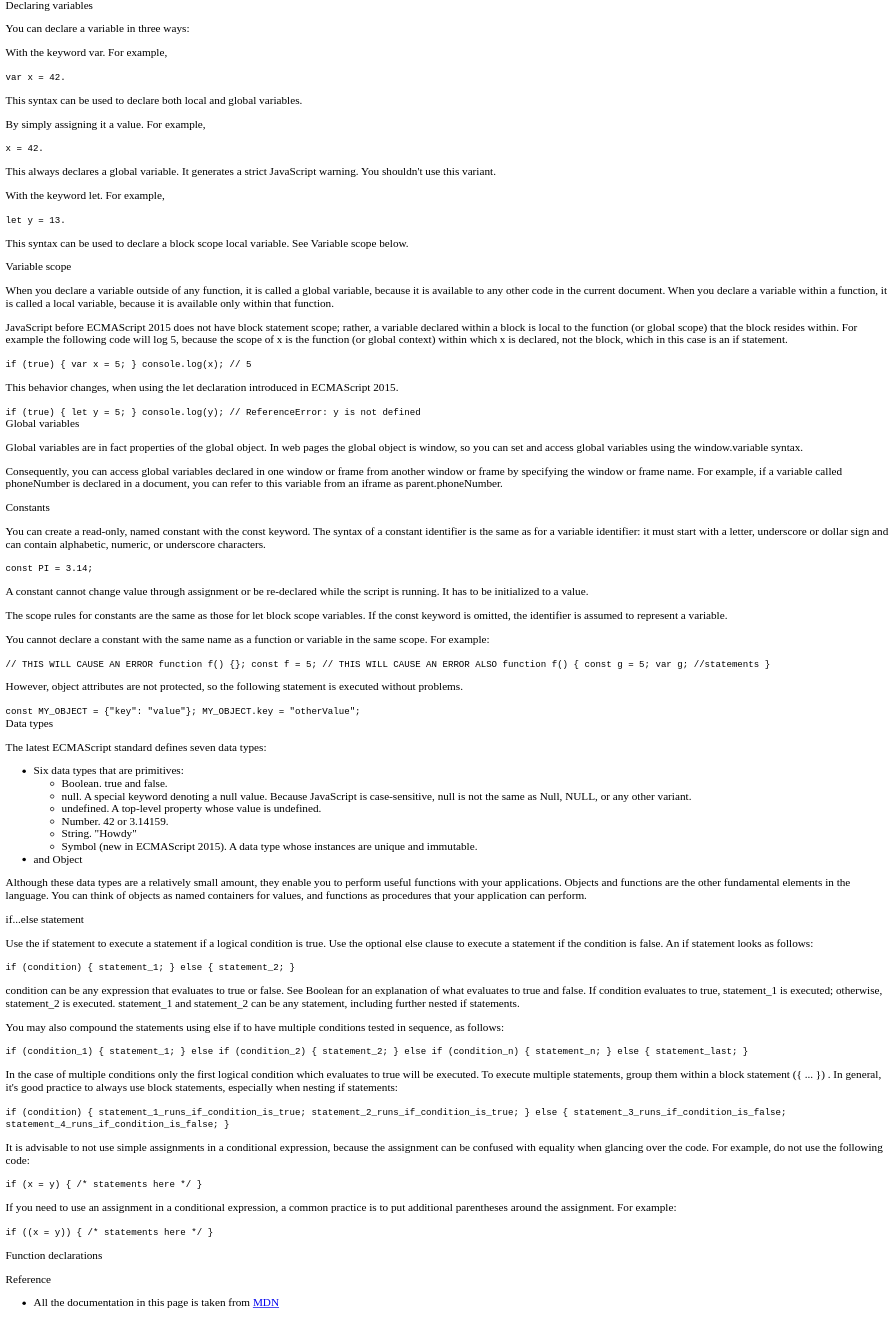
Repository: Lungdjos/technical_document_page_certificate
Page: index.html
The author's editor kept a copy of each file at every save. The page is drawn from the files as they stood at one save, then again after a run of saves.
The browser window is 1280 px wide. The pictures show the part of the page from y = 1166 to 3086 px (the page is 3052 px tall before and 3086 px after), at 70% of full size.

Above is the page before, as saved 2023-11-20 22:51:48.

### index.html
<!DOCTYPE html>
<html lang="en">

<head>
    <meta charset="UTF-8">
    <meta name="viewport" content="width=device-width, initial-scale=1.0">
    <title>Technical Document</title>
    <link rel="stylesheet" href="./styles.css">
</head>

<body>
    <nav id="nav-bar">
        <header></header>
        <ul>
            <li>
                <a href="#Introduction" class="navlink">Introduction</a>
            </li>
            <li>
                <a href="#What_you_should_already_know" class="navlink">What you should already know</a>
            </li>
            <li>
                <a href="#JavaScript_and_Java" class="navlink">JavaScript and Java</a>
            </li>
            <li>
                <a href="#Hello_world" class="navlink">Hello world</a>
            </li>
            <li>
                <a href="#Variables" class="navlink">Variables</a>
            </li>
            <li>
                <a href="#Declaring_variables" class="navlink">Declaring variables</a>
            </li>
            <li>
                <a href="#Variable_scope" class="navlink">Variable scope</a>
            </li>
            <li>
                <a href="#Global_variables" class="navlink">Global variables</a>
            </li>
            <li>
                <a href="#Constants" class="navlink">Constants</a>
            </li>
            <li>
                <a href="#Data_types" class="navlink">Data types</a>
            </li>
            <li>
                <a href="#if...else_statement" class="navlink">if...else statement</a>
            </li>
            <li>
                <a href="" class="navlink"></a>
            </li>
            <li>
                <a href="#Function_declarations" class="navlink">Function declarations</a>
            </li>
            <li>
                <a href="#Reference" class="navlink">Reference</a>
            </li>
        </ul>
    </nav>
    <main id="main-doc">
        <section class="main-section" id="Introduction">
            <header id="">Introduction</header>
            <p>JavaScript is a cross-platform, object-oriented scripting language. It is a small and lightweight language. Inside a host environment (for example, a web browser), JavaScript can be connected to the objects of its environment to provide programmatic
                control over them.</p>
            <p>JavaScript contains a standard library of objects, such as Array, Date, and Math, and a core set of language elements such as operators, control structures, and statements. Core JavaScript can be extended for a variety of purposes by supplementing
                it with additional objects; for example:
                <ul>
                    <li>Client-side JavaScript extends the core language by supplying objects to control a browser and its Document Object Model (DOM). For example, client-side extensions allow an application to place elements on an HTML form and respond
                        to user events such as mouse clicks, form input, and page navigation.</li>
                    <li>Server-side JavaScript extends the core language by supplying objects relevant to running JavaScript on a server. For example, server-side extensions allow an application to communicate with a database, provide continuity of information
                        from one invocation to another of the application, or perform file manipulations on a server.</li>
                </ul>
            </p>

        </section>
        <section class="main-section" id="What_you_should_already_know">
            <header id="">What you should already know</header>
            <p>This guide assumes you have the following basic background:
                <ul>
                    <li>A general understanding of the Internet and the World Wide Web (WWW).</li>
                    <li>Good working knowledge of HyperText Markup Language (HTML).</li>
                    <li>Some programming experience. If you are new to programming, try one of the tutorials linked on the main page about JavaScript.</li>
                </ul>
            </p>

        </section>
        <section class="main-section" id="JavaScript_and_Java">
            <header id="">JavaScript and Java</header>
            <p>JavaScript and Java are similar in some ways but fundamentally different in some others. The JavaScript language resembles Java but does not have Java's static typing and strong type checking. JavaScript follows most Java expression syntax,
                naming conventions and basic control-flow constructs which was the reason why it was renamed from LiveScript to JavaScript.</p>
            <p>In contrast to Java's compile-time system of classes built by declarations, JavaScript supports a runtime system based on a small number of data types representing numeric, Boolean, and string values. JavaScript has a prototype-based object
                model instead of the more common class-based object model. The prototype-based model provides dynamic inheritance; that is, what is inherited can vary for individual objects. JavaScript also supports functions without any special declarative
                requirements. Functions can be properties of objects, executing as loosely typed methods.</p>
            <p>JavaScript is a very free-form language compared to Java. You do not have to declare all variables, classes, and methods. You do not have to be concerned with whether methods are public, private, or protected, and you do not have to implement
                interfaces. Variables, parameters, and function return types are not explicitly typed.</p>
        </section>
        <section class="main-section" id="Hello_world">
            <header id="">Hello world</header>
            <p>
                To get started with writing JavaScript, open the Scratchpad and write your first "Hello world" JavaScript code:</p>
            <code>function greetMe(yourName) { alert("Hello " + yourName); }
                greetMe("World");</code>
            <p>Select the code in the pad and hit Ctrl+R to watch it unfold in your browser!</p>
        </section>
        <section class="main-section" id="Variables">
            <header id="">Variables</header>
            <p>You use variables as symbolic names for values in your application. The names of variables, called identifiers, conform to certain rules.</p>
            <p>A JavaScript identifier must start with a letter, underscore (_), or dollar sign ($); subsequent characters can also be digits (0-9). Because JavaScript is case sensitive, letters include the characters "A" through "Z" (uppercase) and the
                characters "a" through "z" (lowercase).</p>
            <p>You can use ISO 8859-1 or Unicode letters such as å and ü in identifiers. You can also use the Unicode escape sequences as characters in identifiers. Some examples of legal names are Number_hits, temp99, and _name.</p>
        </section>
        <section class="main-section" id="Declaring_variables">
            <header id="">Declaring variables</header>
            <p>You can declare a variable in three ways:</p>
            <p>With the keyword var. For example,</p>
            <code>var x = 42.</code>
            <p>This syntax can be used to declare both local and global variables.</p>
            <p>By simply assigning it a value. For example,</p>
            <code>x = 42.</code><br>
            <p>This always declares a global variable. It generates a strict JavaScript warning. You shouldn't use this variant.</p>
            <p>With the keyword let. For example,</p>
            <code>let y = 13.</code>
            <p>This syntax can be used to declare a block scope local variable. See Variable scope below.</p>
        </section>
        <section class="main-section" id="Variable_scope">
            <header id="">Variable scope</header>
            <p>When you declare a variable outside of any function, it is called a global variable, because it is available to any other code in the current document. When you declare a variable within a function, it is called a local variable, because it
                is available only within that function.</p>
            <p>JavaScript before ECMAScript 2015 does not have block statement scope; rather, a variable declared within a block is local to the function (or global scope) that the block resides within. For example the following code will log 5, because
                the scope of x is the function (or global context) within which x is declared, not the block, which in this case is an if statement.</p>
            <code>if (true) { var x = 5; } console.log(x); // 5</code>
            <p>This behavior changes, when using the let declaration introduced in ECMAScript 2015.</p>
            <code>if (true) { let y = 5; } console.log(y); // ReferenceError: y is
                not defined</code>
        </section>
        <section class="main-section" id="Global_variables">
            <header id="">Global variables</header>
            <p>Global variables are in fact properties of the global object. In web pages the global object is window, so you can set and access global variables using the window.variable syntax.</p>
            <p>Consequently, you can access global variables declared in one window or frame from another window or frame by specifying the window or frame name. For example, if a variable called phoneNumber is declared in a document, you can refer to this
                variable from an iframe as parent.phoneNumber.</p>
        </section>
        <section class="main-section" id="Constants">
            <header id="">Constants</header>
            <p>You can create a read-only, named constant with the const keyword. The syntax of a constant identifier is the same as for a variable identifier: it must start with a letter, underscore or dollar sign and can contain alphabetic, numeric, or
                underscore characters.</p>
            <code>const PI = 3.14;</code>
            <p>A constant cannot change value through assignment or be re-declared while the script is running. It has to be initialized to a value.</p>
            <p>The scope rules for constants are the same as those for let block scope variables. If the const keyword is omitted, the identifier is assumed to represent a variable.</p>
            <p>You cannot declare a constant with the same name as a function or variable in the same scope. For example:</p>
            <code>// THIS WILL CAUSE AN ERROR function f() {}; const f = 5; // THIS
                WILL CAUSE AN ERROR ALSO function f() { const g = 5; var g;
                //statements }</code>
            <p>However, object attributes are not protected, so the following statement is executed without problems.</p>
            <code>const MY_OBJECT = {"key": "value"}; MY_OBJECT.key =
                "otherValue";</code>
        </section>
        <section class="main-section" id="Data_types">
            <header id="">Data types</header>
            <p>The latest ECMAScript standard defines seven data types:
                <ul>
                    <li>Six data types that are primitives:
                        <ul>
                            <li>Boolean. true and false.</li>
                            <li>null. A special keyword denoting a null value. Because JavaScript is case-sensitive, null is not the same as Null, NULL, or any other variant.</li>
                            <li>undefined. A top-level property whose value is undefined.</li>
                            <li>Number. 42 or 3.14159.</li>
                            <li>String. "Howdy"</li>
                            <li>Symbol (new in ECMAScript 2015). A data type whose instances are unique and immutable.</li>
                        </ul>
                    </li>
                    <li>and Object</li>
                </ul>
            </p>
            <p>Although these data types are a relatively small amount, they enable you to perform useful functions with your applications. Objects and functions are the other fundamental elements in the language. You can think of objects as named containers
                for values, and functions as procedures that your application can perform.</p>
        </section>
        <section class="main-section" id="if...else_statement">
            <header id="">if...else statement</header>
            <p>Use the if statement to execute a statement if a logical condition is true. Use the optional else clause to execute a statement if the condition is false. An if statement looks as follows:</p>
            <code>if (condition) { statement_1; } else { statement_2; }</code>
            <p>condition can be any expression that evaluates to true or false. See Boolean for an explanation of what evaluates to true and false. If condition evaluates to true, statement_1 is executed; otherwise, statement_2 is executed. statement_1 and
                statement_2 can be any statement, including further nested if statements.</p>
            <p>You may also compound the statements using else if to have multiple conditions tested in sequence, as follows:</p>
            <code>if (condition_1) { statement_1; } else if (condition_2) {
                statement_2; } else if (condition_n) { statement_n; } else {
                statement_last; }</code>
            <p>In the case of multiple conditions only the first logical condition which evaluates to true will be executed. To execute multiple statements, group them within a block statement ({ ... }) . In general, it's good practice to always use block
                statements, especially when nesting if statements:</p>
            <code>if (condition) { statement_1_runs_if_condition_is_true;
                statement_2_runs_if_condition_is_true; } else {
                statement_3_runs_if_condition_is_false;
                statement_4_runs_if_condition_is_false; }</code>
            <p>It is advisable to not use simple assignments in a conditional expression, because the assignment can be confused with equality when glancing over the code. For example, do not use the following code:</p>
            <code>if (x = y) { /* statements here */ }</code>
            <p>If you need to use an assignment in a conditional expression, a common practice is to put additional parentheses around the assignment. For example:</p>
            <code>if ((x = y)) { /* statements here */ }</code>
        </section>
        <section class="main-section" id="">
            <header id=""></header>
            <p></p>
            <p></p>
            <p></p>
        </section>
        <section class="main-section" id="Function_declarations">
            <header id="">Function declarations</header>
            <p></p>
            <p></p>
            <p></p>
        </section>
        <section class="main-section" id="Reference">
            <header id="">Reference</header>
            <ul>
                <li>All the documentation in this page is taken from
                    <a href="https://developer.mozilla.org/en-US/docs/Web/JavaScript/Guide" target="_blank">MDN</a>
                </li>
            </ul>
        </section>
    </main>
</body>

</html>

### styles.css
/* A technical document page stylings */

After the next 3 saves:
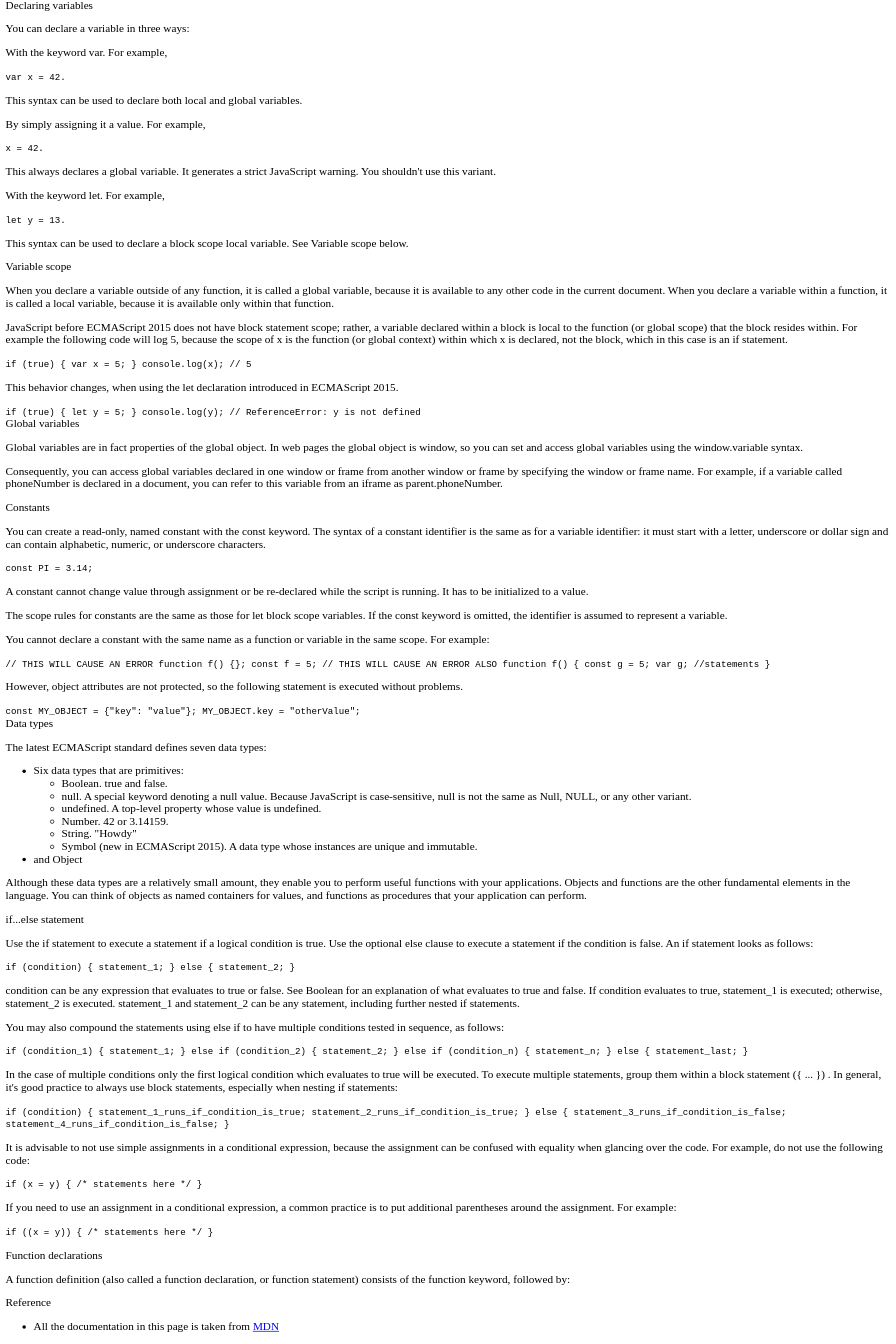
The 3 saves are shown as one change because they came seconds apart.
The last was saved 101 s later.
--- a/index.html
+++ b/index.html
@@ -202,7 +202,9 @@
         </section>
         <section class="main-section" id="Function_declarations">
             <header id="">Function declarations</header>
-            <p></p>
+            <p>A function definition (also called a function declaration, or function statement) consists of the function keyword, followed by:
+                <ul></ul>
+            </p>
             <p></p>
             <p></p>
         </section>
